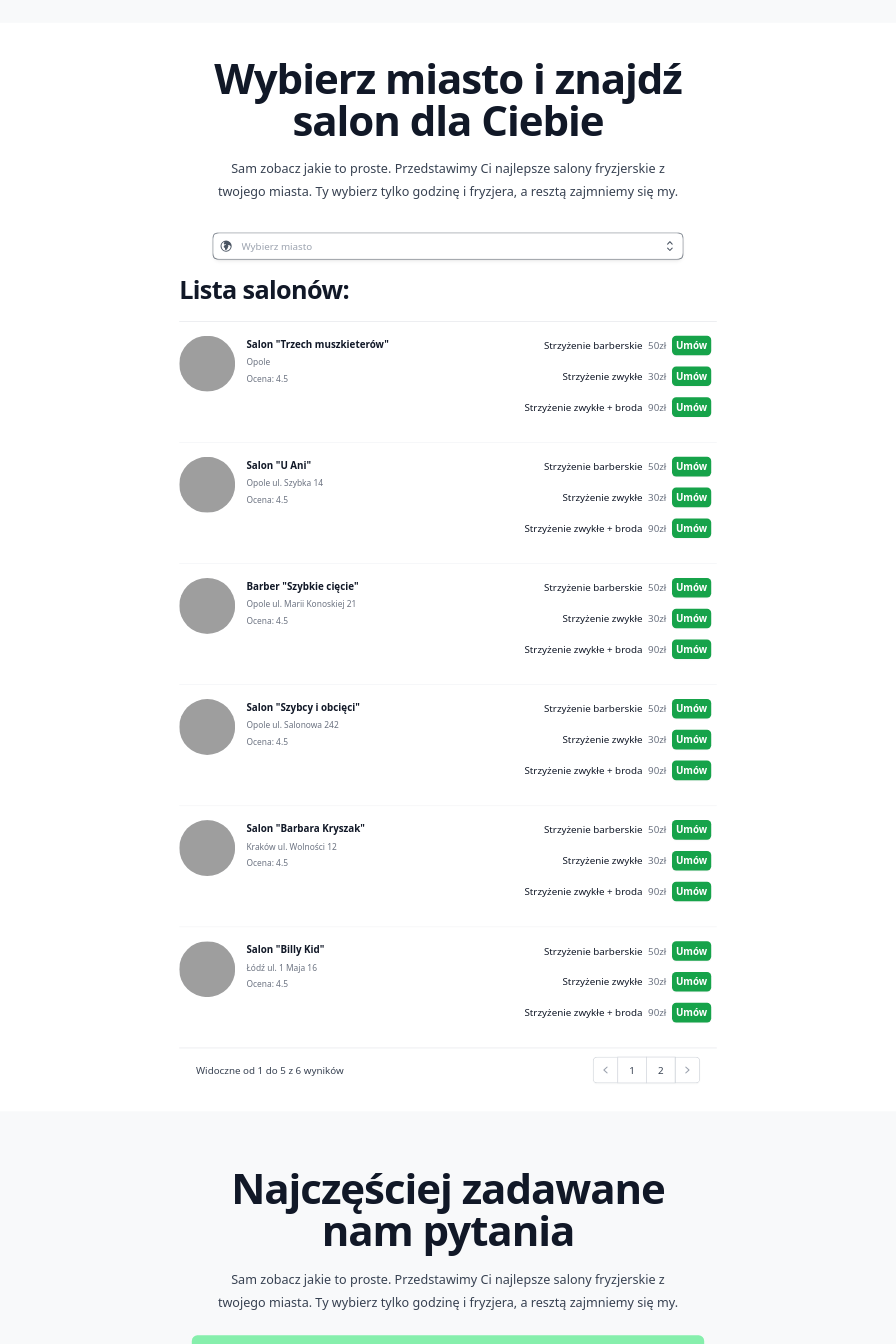
Repository: PrzemyslawJura/my-app
Page: / (app in frontend/)
The author's editor kept a copy of each file at every save. The page is drawn from the files as they stood at one save, then again after the next save.
The browser window is 1280 px wide. The pictures show the part of the page from y = 862 to 2782 px (the page is 3798 px tall), at 70% of full size.
Pictures or frames that could not be fetched are drawn as grey boxes. The page's requests for data from a server got no answer. The project was rebuilt for these pictures with package versions that can differ from the ones it lists, and the page was loaded fresh each time. No one was signed in, and anything a server would have sent is missing. Also part of the build but not shown: frontend/src/home/Listbox.jsx, frontend/src/home/StepOne.jsx, frontend/src/home/StepTwo.jsx, frontend/src/components/Calendar.jsx, frontend/src/components/Tabs.jsx, frontend/src/biznes/CalendarOfWork.jsx, frontend/src/components/CarouselDefault.jsx, frontend/src/biznes/Salon.jsx and 8 more.

Above is the page before, as saved 2023-11-16 13:54:08.

After the next save:
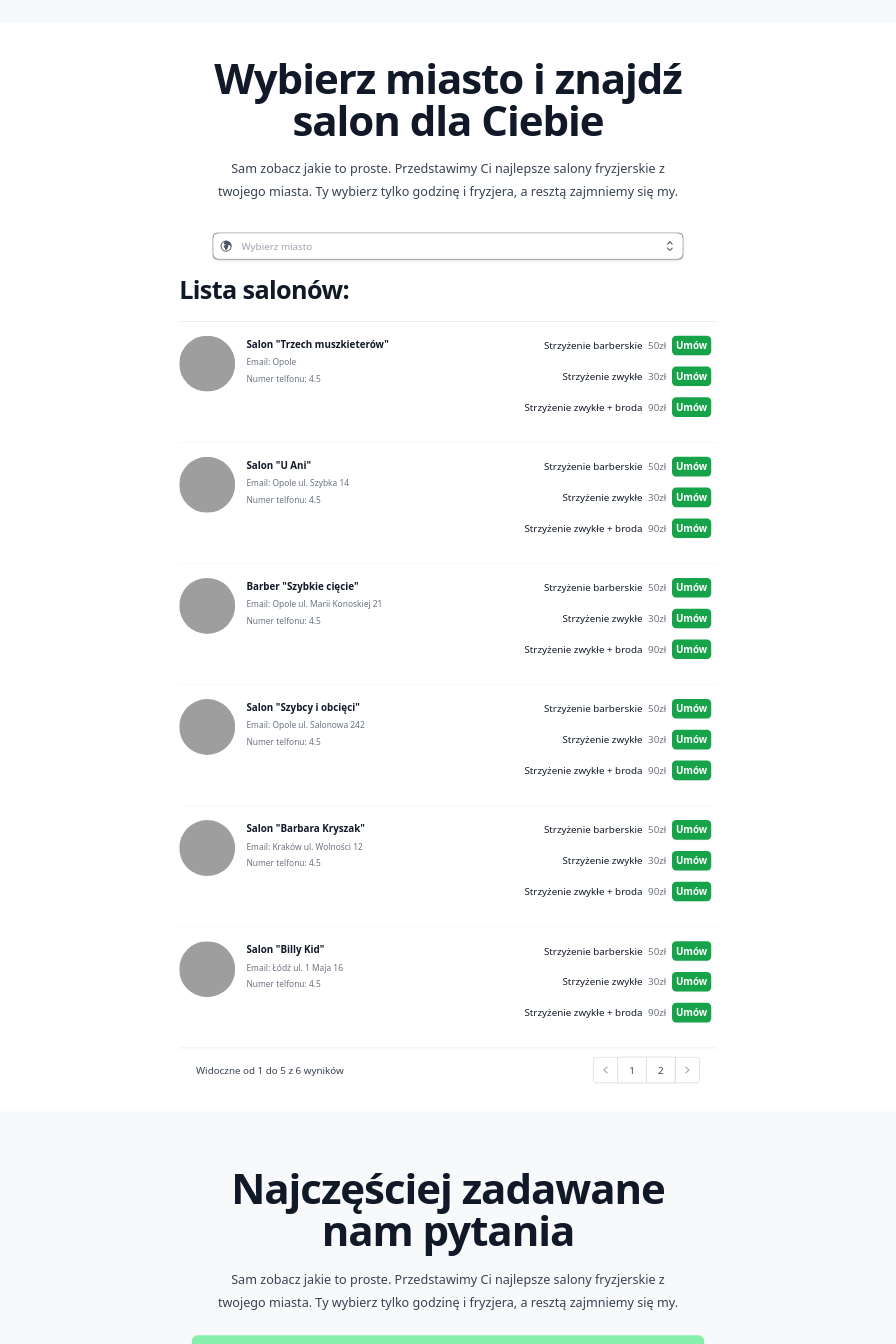
Saved 70 s later.
--- a/frontend/src/home/SalonOffer.jsx
+++ b/frontend/src/home/SalonOffer.jsx
@@ -10,8 +10,8 @@ return (
         <img className="h-20 w-20 flex-none rounded-full bg-gray-50" src={person.imageUrl} alt="" />
         <div className="min-w-0">
         <p className="text-sm font-semibold leading-6 text-gray-900">{person.name}</p>
-        <p className="mt-1 truncate text-xs leading-5 text-gray-500">{person.email}</p>
-        <p className="mt-1 truncate text-xs leading-5 text-gray-500">Ocena: {person.star}</p>
+        <p className="mt-1 truncate text-xs leading-5 text-gray-500">Email: {person.email}</p>
+        <p className="mt-1 truncate text-xs leading-5 text-gray-500">Numer telfonu: {person.star}</p>
 
         </div>
         </div>
